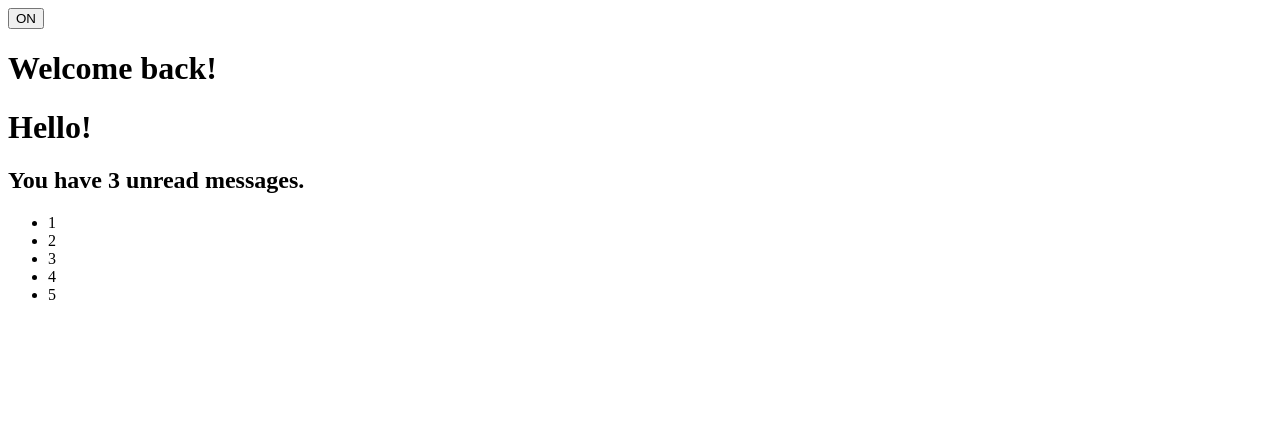
Repository: WanYouwen/react_study_code
Page: day01/01-基础/test.html
These files come from the project's save history. The page is drawn as it stood at one moment and after the next save; the edit follows.
The browser window is 1280 px wide. The pictures show the whole page.

Above is the page before, as saved 2020-08-11 17:42:56.

After the next save:
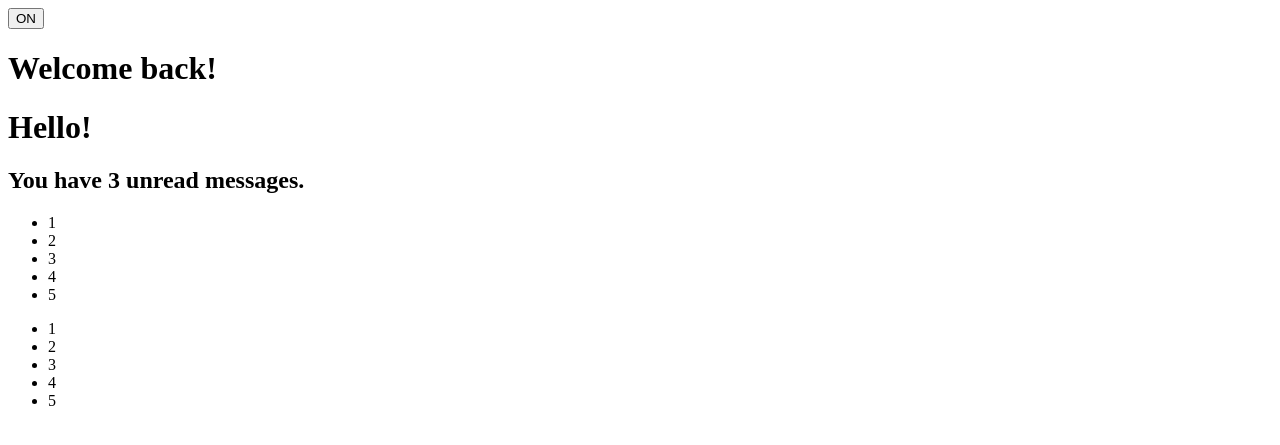
Saved 3 min 47 s later.
--- a/day01/01-基础/test.html
+++ b/day01/01-基础/test.html
@@ -44,6 +44,7 @@
             <Greeting isLoggedIn={this.state.isToggleOn} />
             <Mailbox unreadMessages={messages} />
             <ul>{listItems}</ul>
+            <NumberList numbers={numbers} />
           </div>
         );
       }
@@ -76,7 +77,11 @@
     }
     const numbers = [1, 2, 3, 4, 5];
     const listItems = numbers.map((number) => <li>{number}</li>);
-
+    function NumberList(props) {
+      const numbers = props.numbers;
+      const listItems = numbers.map((number) => <li>{number}</li>);
+      return <ul>{listItems}</ul>;
+    }
     console.log(ReactDOM, 'ReactDOM');
     ReactDOM.render(<Toggle />, app);
   </script>

After the save that followed:
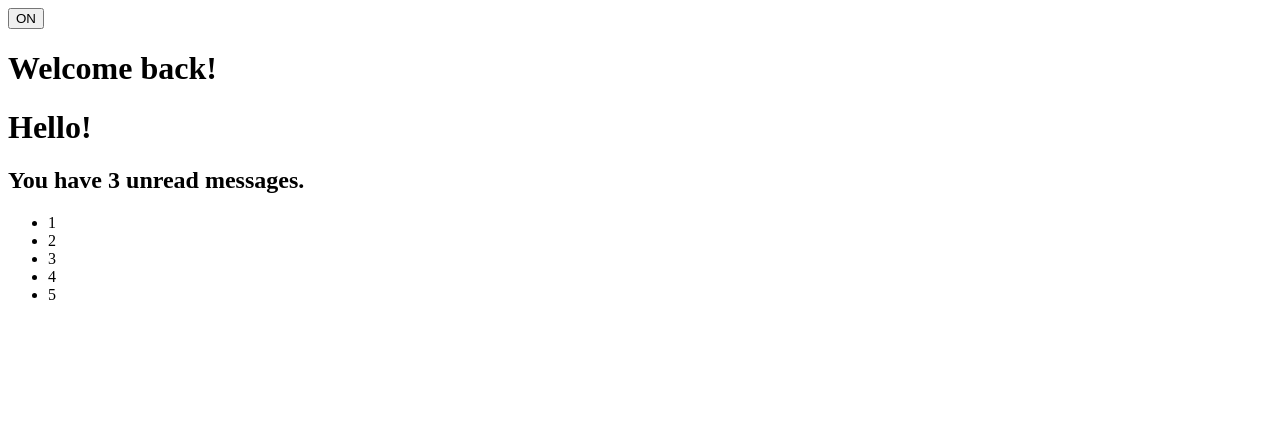
Saved 15 s later.
--- a/day01/01-基础/test.html
+++ b/day01/01-基础/test.html
@@ -43,7 +43,7 @@
             */}
             <Greeting isLoggedIn={this.state.isToggleOn} />
             <Mailbox unreadMessages={messages} />
-            <ul>{listItems}</ul>
+            {/**  <ul>{listItems}</ul>*/}
             <NumberList numbers={numbers} />
           </div>
         );
